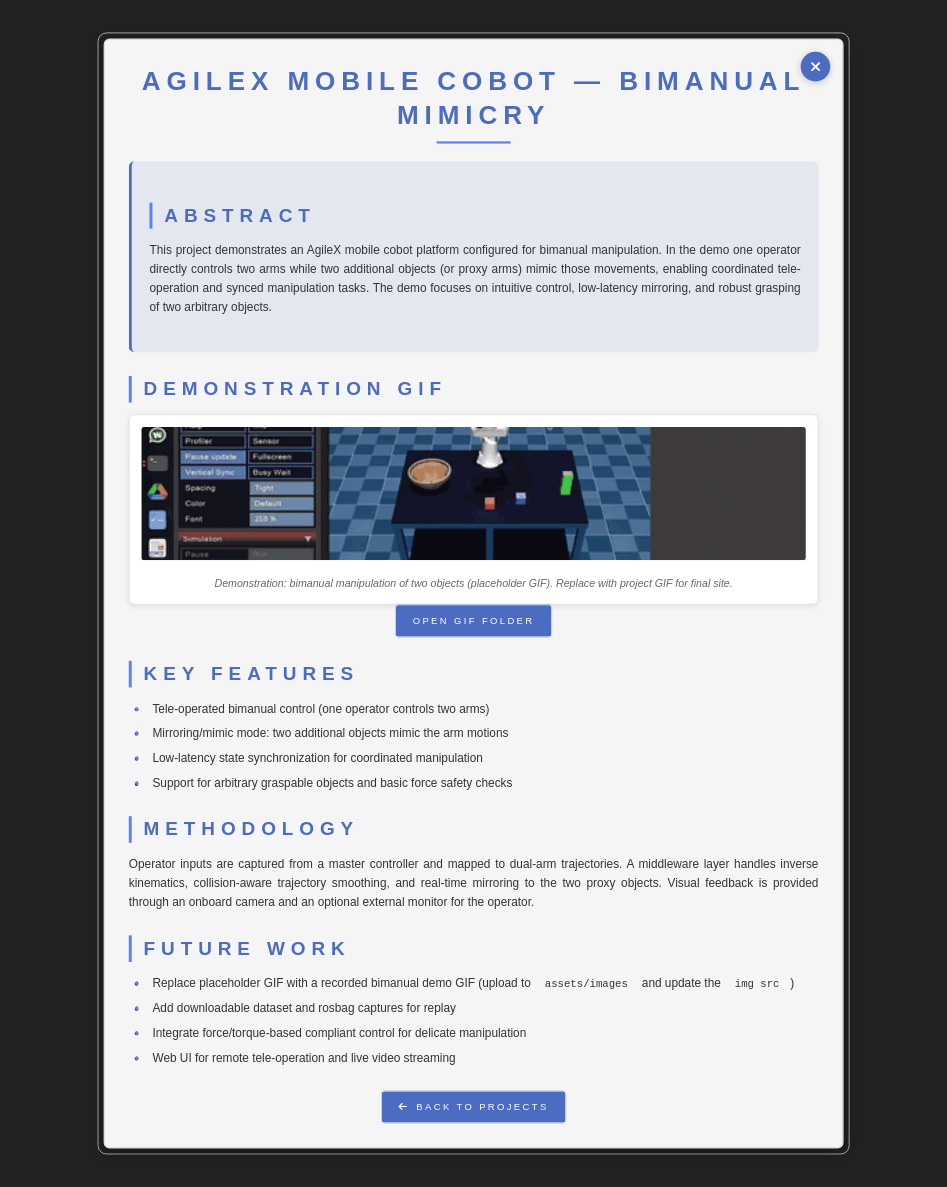
Repository: bk-poudel/bk-poudel.github.io
Page: projects/agilex-mobile-cobot.html
The author's editor kept a copy of each file at every save. The page is drawn from the files as they stood at one save, then again after the next save.
The browser window is 1280 px wide. The pictures show the whole page, at 74% of full size.

Above is the page before, as saved 2025-11-07 19:44:45.

### projects/agilex-mobile-cobot.html
<!DOCTYPE HTML>
<html lang="en">
<head>
    <title>AgileX Mobile Cobot - Bimanual Manipulation Demo</title>
    <meta charset="utf-8" />
    <meta name="viewport" content="width=device-width, initial-scale=1, user-scalable=no" />
    <link rel="stylesheet" href="assets/css/main.css" />
    <link rel="stylesheet" href="https://cdnjs.cloudflare.com/ajax/libs/font-awesome/6.4.0/css/all.min.css" />
    <noscript><link rel="stylesheet" href="assets/css/noscript.css" /></noscript>
    <style>
        /* Consistent color scheme with dark background and light content */
        :root {
            --primary: #4b6cc1;
            --secondary: #666666;
            --accent: #5e81f4;
            --light: #f8f8f8;
            --dark: #1a1a1a;
            --text: #333333;
            --frame-color: #dddddd;
            --bg-color: #222222;
            --content-bg: #f5f5f5;
        }
        body {
            background-color: var(--bg-color);
            font-family: 'Arial', sans-serif;
            line-height: 1.6;
            padding: 20px;
        }
        .project-content {
            max-width: 1000px;
            margin: 2rem auto;
            padding: 2rem;
            background: var(--content-bg);
            border-radius: 8px;
            box-shadow: 0 4px 25px rgba(0,0,0,0.4);
            border: 2px solid var(--frame-color);
            position: relative;
            color: var(--text);
        }
        .project-content::before {
            content: "";
            position: absolute;
            top: -10px;
            left: -10px;
            right: -10px;
            bottom: -10px;
            border: 1px solid var(--frame-color);
            border-radius: 12px;
            pointer-events: none;
            z-index: -1;
        }
        .close-button {
            position: absolute;
            top: 1rem;
            right: 1rem;
            width: 40px;
            height: 40px;
            background: var(--primary);
            border: none;
            border-radius: 50%;
            color: white;
            font-size: 1.2rem;
            cursor: pointer;
            display: flex;
            align-items: center;
            justify-content: center;
            transition: all 0.3s ease;
            z-index: 10;
            text-decoration: none;
            box-shadow: 0 2px 10px rgba(0,0,0,0.2);
        }
        .close-button:hover {
            background: var(--accent);
            transform: scale(1.1);
            box-shadow: 0 4px 15px rgba(0,0,0,0.3);
            color: white;
            text-decoration: none;
        }
        .close-button:active {
            transform: scale(0.95);
        }
        h1 {
            text-align: center;
            color: var(--primary);
            font-size: 2.2rem;
            margin-bottom: 1.5rem;
            position: relative;
            padding-bottom: 1rem;
        }
        h1::after {
            content: "";
            position: absolute;
            bottom: 0;
            left: 50%;
            transform: translateX(-50%);
            width: 100px;
            height: 3px;
            background: var(--accent);
        }
        h2 {
            color: var(--primary);
            font-size: 1.6rem;
            margin-top: 2rem;
            margin-bottom: 1rem;
            border-left: 4px solid var(--accent);
            padding-left: 1rem;
        }
        h3 {
            color: var(--primary);
            font-size: 1.3rem;
            margin-top: 1.5rem;
        }
        p {
            text-align: justify;
            margin-bottom: 1.5rem;
            color: var(--text);
        }
        ul, ol {
            padding-left: 1.5rem;
            margin-bottom: 1.5rem;
        }
        li {
            margin-bottom: 0.5rem;
            position: relative;
            color: var(--text);
        }
        li::before {
            content: "•";
            color: var(--accent);
            font-weight: bold;
            position: absolute;
            left: -1rem;
        }
        .button {
            background: var(--primary);
            color: white;
            padding: 0.8rem 1.5rem;
            border-radius: 4px;
            text-decoration: none;
            display: inline-flex;
            align-items: center;
            transition: all 0.3s ease;
            font-weight: 500;
            border: none;
        }
        .button:hover {
            background: var(--accent);
            transform: translateY(-2px);
        }
        .button i {
            margin-right: 0.5rem;
        }
        .video-button-container {
            margin-top: 1rem;
            display: flex;
            justify-content: center;
            align-items: center;
        }
        .video-button {
            background: var(--primary) !important;
            color: white !important;
            padding: 0.8rem 1.5rem;
            border-radius: 6px;
            text-decoration: none;
            display: inline-flex;
            align-items: center;
            justify-content: center;
            transition: all 0.3s ease;
            font-weight: 500;
            border: none;
            cursor: pointer;
            position: relative;
            z-index: 10;
            box-shadow: 0 2px 8px rgba(75, 108, 193, 0.3);
        }
        .video-button:hover {
            background: var(--accent) !important;
            transform: translateY(-2px);
            box-shadow: 0 4px 12px rgba(75, 108, 193, 0.4);
            color: white !important;
        }
        .video-button:active {
            transform: translateY(0);
        }
        .abstract {
            background-color: rgba(75, 108, 193, 0.1);
            padding: 1.5rem;
            border-radius: 8px;
            margin-bottom: 2rem;
            border-left: 4px solid var(--primary);
        }
        .figure-container {
            display: flex;
            justify-content: space-around;
            flex-wrap: wrap;
            gap: 1.5rem;
            margin: 2rem 0;
        }
        .dynamic-figure {
            display: flex;
            justify-content: center;
            align-items: center;
            flex-wrap: wrap;
            gap: clamp(1rem, 3vw, 2rem);
            margin: clamp(1.5rem, 4vw, 3rem) 0;
            padding: 0 1rem;
        }
        .figure {
            flex: 1;
            min-width: 250px;
            text-align: center;
            background: white;
            padding: 1rem;
            border-radius: 8px;
            box-shadow: 0 2px 10px rgba(0,0,0,0.1);
            transition: transform 0.3s ease;
            border: 1px solid #e0e0e0;
        }
        .dynamic-figure .figure {
            flex: 0 1 auto;
            max-width: min(90vw, 600px);
            min-width: min(280px, 90vw);
            width: 100%;
            display: flex;
            flex-direction: column;
            align-items: center;
            padding: clamp(1rem, 2.5vw, 2rem);
        }
        .figure:hover {
            transform: translateY(-5px);
        }
        .figure:hover .video-button {
            transform: translateY(0);
        }
        .figure:hover .video-button:hover {
            transform: translateY(-2px);
        }
        .figure img {
            width: 100%;
            height: 180px;
            object-fit: cover;
            border-radius: 4px;
            margin-bottom: 0.8rem;
        }
        .dynamic-figure .figure img {
            width: 100%;
            height: auto;
            max-height: min(400px, 50vh);
            object-fit: contain;
            background: #f5f5f5;
            border-radius: 8px;
            margin-bottom: 1rem;
            box-shadow: 0 2px 8px rgba(0,0,0,0.1);
        }
        .figure-caption {
            font-style: italic;
            color: var(--secondary);
            font-size: 0.9rem;
        }
        .dynamic-figure .figure-caption {
            font-style: italic;
            color: var(--secondary);
            font-size: clamp(0.85rem, 2vw, 1rem);
            font-weight: 500;
            margin-bottom: 0.5rem;
            text-align: center;
        }
        .figure-description {
            margin-top: 0.5rem;
            font-size: clamp(0.8rem, 1.8vw, 0.95rem);
            line-height: 1.5;
            color: var(--text);
            text-align: center;
            max-width: 100%;
        }
        .product-item {
            margin-bottom: 2.5rem;
            background: white;
            border-radius: 8px;
            overflow: hidden;
            box-shadow: 0 2px 15px rgba(0,0,0,0.1);
            border: 1px solid #e0e0e0;
        }
        .product-header {
            background: var(--primary);
            color: white;
            padding: 1rem;
            font-weight: 600;
        }
        .product-content {
            padding: 1.5rem;
        }
        .product-image {
            width: 100%;
            max-height: 400px;
            object-fit: cover;
            border-radius: 4px;
            margin-bottom: 1rem;
        }
        .impact-points {
            display: grid;
            grid-template-columns: repeat(auto-fit, minmax(250px, 1fr));
            gap: 1.5rem;
            margin-top: 1.5rem;
        }
        .impact-point {
            background: white;
            padding: 1.5rem;
            border-radius: 8px;
            box-shadow: 0 2px 10px rgba(0,0,0,0.1);
            text-align: center;
            border: 1px solid #e0e0e0;
        }
        .impact-point i {
            font-size: 2rem;
            color: var(--primary);
            margin-bottom: 1rem;
        }
        .methodology-item {
            background: white;
            padding: 1.5rem;
            border-radius: 8px;
            margin-bottom: 1.5rem;
            box-shadow: 0 2px 10px rgba(0,0,0,0.1);
            border-left: 4px solid var(--accent);
        }
        .github-button {
            background: #333;
            color: white;
            padding: 0.8rem 1.5rem;
            border-radius: 4px;
            text-decoration: none;
            display: inline-flex;
            align-items: center;
            transition: all 0.3s ease;
            font-weight: 500;
        }
        .github-button:hover {
            background: #555;
            transform: translateY(-2px);
        }
        .feature-list {
            display: grid;
            grid-template-columns: repeat(auto-fit, minmax(300px, 1fr));
            gap: 1.5rem;
        }
        .feature-item {
            background: white;
            padding: 1.5rem;
            border-radius: 8px;
            box-shadow: 0 2px 10px rgba(0,0,0,0.1);
            border-left: 4px solid var(--primary);
        }
        .video-container {
            position: relative;
            padding-bottom: 56.25%; /* 16:9 */
            height: 0;
            margin: 2rem 0;
        }
        .video-container iframe {
            position: absolute;
            top: 0;
            left: 0;
            width: 100%;
            height: 100%;
            border-radius: 8px;
            border: 1px solid #e0e0e0;
        }
        @media (max-width: 768px) {
            .project-content {
                padding: 1.5rem;
                margin: 1rem;
            }
            h1 {
                font-size: 1.8rem;
            }
            .figure-container {
                flex-direction: column;
            }
            .dynamic-figure {
                gap: 1rem;
                margin: 1.5rem 0;
                padding: 0 0.5rem;
            }
            .dynamic-figure .figure {
                min-width: 100%;
                max-width: 100%;
                padding: 1rem;
            }
            .dynamic-figure .figure img {
                max-height: 300px;
            }
        }
        @media (max-width: 480px) {
            .dynamic-figure {
                margin: 1rem 0;
            }
            .dynamic-figure .figure {
                padding: 0.8rem;
            }
            .dynamic-figure .figure img {
                max-height: 250px;
            }
        }
        @media (min-width: 1200px) {
            .dynamic-figure .figure {
                max-width: 700px;
            }
            .dynamic-figure .figure img {
                max-height: 500px;
            }
        }
    </style>
</head>
<body class="is-preload">
    <div class="project-content">
        <a href="../index.html#projects" class="close-button" title="Back to Projects"><i class="fas fa-times"></i></a>
        <h1>AgileX Mobile Cobot — Bimanual Mimicry</h1>
        <div class="abstract">
            <h2>Abstract</h2>
            <p>This project demonstrates an AgileX mobile cobot platform configured for bimanual manipulation. In the demo one operator directly controls two arms while two additional objects (or proxy arms) mimic those movements, enabling coordinated tele-operation and synced manipulation tasks. The demo focuses on intuitive control, low-latency mirroring, and robust grasping of two arbitrary objects.</p>
        </div>
        <div class="section">
            <h2>Demonstration GIF</h2>
            <div class="figure">
                <!-- Using an existing GIF as a placeholder; replace with an actual bimanual GIF if available -->
                <img src="../Pick_and_Place/pick_and_place_compressed.gif" alt="Bimanual manipulation demonstration GIF">
                <div class="figure-caption">Demonstration: bimanual manipulation of two objects (placeholder GIF). Replace with project GIF for final site.</div>
            </div>
            <p style="text-align:center;"><a class="button" href="../assets/images/" target="_blank">Open GIF folder</a></p>
        </div>
        <div class="section">
            <h2>Key Features</h2>
            <ul>
                <li>Tele-operated bimanual control (one operator controls two arms)</li>
                <li>Mirroring/mimic mode: two additional objects mimic the arm motions</li>
                <li>Low-latency state synchronization for coordinated manipulation</li>
                <li>Support for arbitrary graspable objects and basic force safety checks</li>
            </ul>
        </div>
        <div class="section">
            <h2>Methodology</h2>
            <p>Operator inputs are captured from a master controller and mapped to dual-arm trajectories. A middleware layer handles inverse kinematics, collision-aware trajectory smoothing, and real-time mirroring to the two proxy objects. Visual feedback is provided through an onboard camera and an optional external monitor for the operator.</p>
        </div>
        <div class="section">
            <h2>Future Work</h2>
            <ul>
                <li>Replace placeholder GIF with a recorded bimanual demo GIF (upload to <code>assets/images</code> and update the <code>img src</code>)</li>
                <li>Add downloadable dataset and rosbag captures for replay</li>
                <li>Integrate force/torque-based compliant control for delicate manipulation</li>
                <li>Web UI for remote tele-operation and live video streaming</li>
            </ul>
        </div>
        <div style="text-align:center; margin-top:2rem;">
            <a href="../index.html#projects" class="button"><i class="fas fa-arrow-left" style="margin-right:0.6rem"></i>Back to Projects</a>
        </div>
    </div>
    <!-- Scripts -->
    <script src="assets/js/jquery.min.js"></script>
    <script src="assets/js/browser.min.js"></script>
    <script src="assets/js/breakpoints.min.js"></script>
    <script src="assets/js/util.js"></script>
    <script src="assets/js/main.js"></script>
</body>
</html>

Loaded but not shown: assets/js/jquery.min.js (library); assets/css/fontawesome-all.min.css (library); assets/js/browser.min.js (common file); assets/js/breakpoints.min.js (common file); assets/js/util.js (587 lines, source omitted); assets/js/main.js (401 lines, source omitted); assets/css/main.css (1753 lines, source omitted)

After the next save:
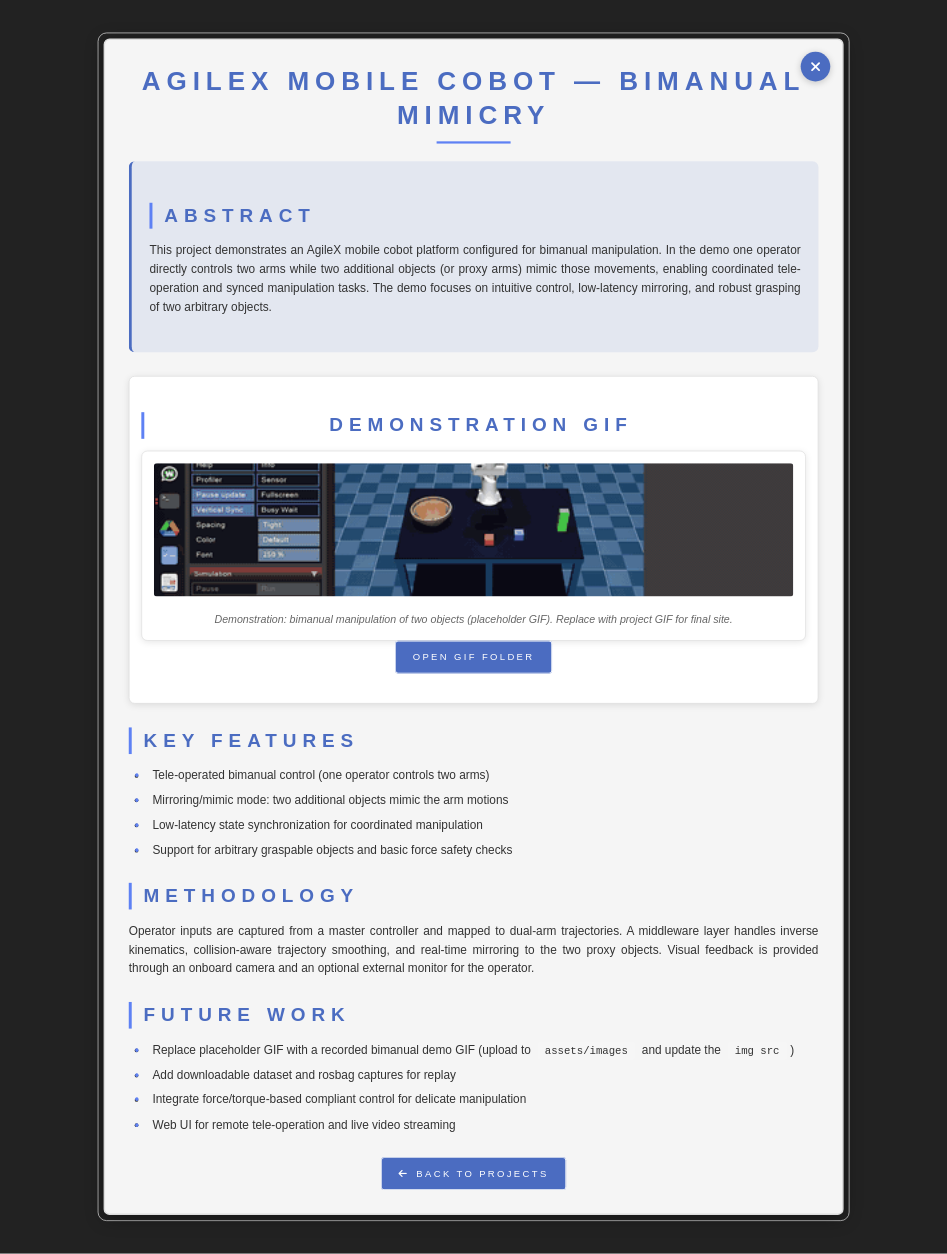
Saved 31 s later.
--- a/projects/agilex-mobile-cobot.html
+++ b/projects/agilex-mobile-cobot.html
@@ -420,7 +420,7 @@
             <h2>Abstract</h2>
             <p>This project demonstrates an AgileX mobile cobot platform configured for bimanual manipulation. In the demo one operator directly controls two arms while two additional objects (or proxy arms) mimic those movements, enabling coordinated tele-operation and synced manipulation tasks. The demo focuses on intuitive control, low-latency mirroring, and robust grasping of two arbitrary objects.</p>
         </div>
-        <div class="section">
+        <div class="figure">
             <h2>Demonstration GIF</h2>
             <div class="figure">
                 <!-- Using an existing GIF as a placeholder; replace with an actual bimanual GIF if available -->
